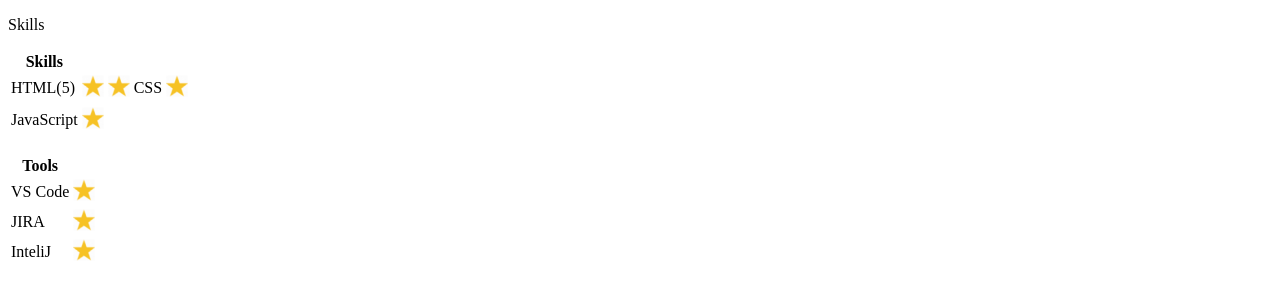
Repository: ew-code/Web-Development
Page: HTML - Personal Site/abilities.html
An editor plug-in stored every save of this project. The page is shown before and after a run of saves, followed by the edit.
The browser window is 1280 px wide. The pictures show the whole page.

Above is the page before, as saved 2021-01-03 17:06:37.

### HTML - Personal Site/abilities.html
<!DOCTYPE html>
<html lang="en">

<head>
  <meta charset="UTF-8">
  <meta name="viewport" content="width=device-width, initial-scale=1.0">
  <meta http-equiv="X-UA-Compatible" content="ie=edge">
  <title>Abilities</title>
</head>

<body>

  <p>Skills</p>
  <table>
    <colgroup span="2"></colgroup>
    <thead>
      <tr>
        <th>Skills</th>
      </tr>
    </thead>
    <tbody>
      <tr>
        <td> HTML(5)</td>
        <td><img src="images\star.png" alt="yellow star"></td>
        <td><img src="images\star.png" alt="yellow star"></td>
        <td>CSS</td>
        <td><img src="images\star.png" alt="yellow star"></td>
      <tr>
      </tr>
      <td>JavaScript</td>
      <td><img src="images\star.png" alt="yellow star"></td>
      </tr>
    </tbody>
  </table>
<br>
  <table>
    <thead>
      <tr>
        <th>Tools</th>
      </tr>
    </thead>
    <tbody>
      <tr>
        <td>VS Code</td>
        <td><img src="images\star.png" alt="yellow star"></td>
      </tr>
      <tr>
        <td>JIRA</td>
        <td><img src="images\star.png" alt="yellow star"></td>
      </tr>
      <td>InteliJ</td>
      <td><img src="images\star.png" alt="yellow star"></td>
      </tr>
    </tbody>
  </table>

</body>

</html>

After the next 2 saves:
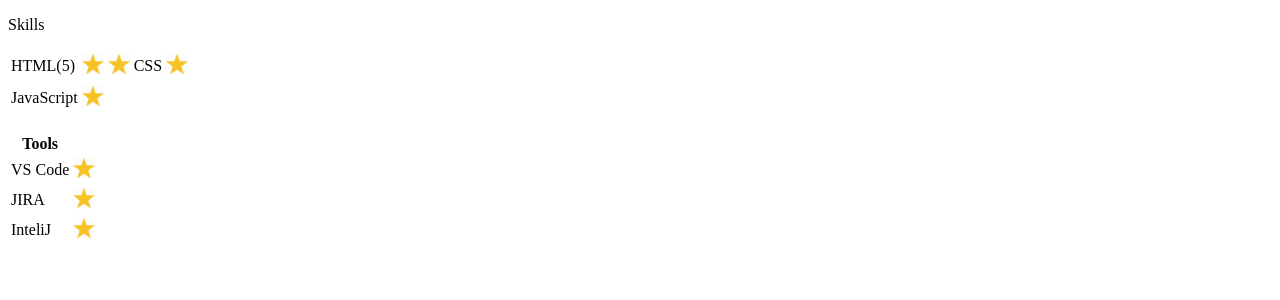
The 2 saves are shown as one change because they came seconds apart.
The last was saved 12 s later.
--- a/HTML - Personal Site/abilities.html
+++ b/HTML - Personal Site/abilities.html
@@ -13,11 +13,7 @@
   <p>Skills</p>
   <table>
     <colgroup span="2"></colgroup>
-    <thead>
-      <tr>
-        <th>Skills</th>
-      </tr>
-    </thead>
+
     <tbody>
       <tr>
         <td> HTML(5)</td>
